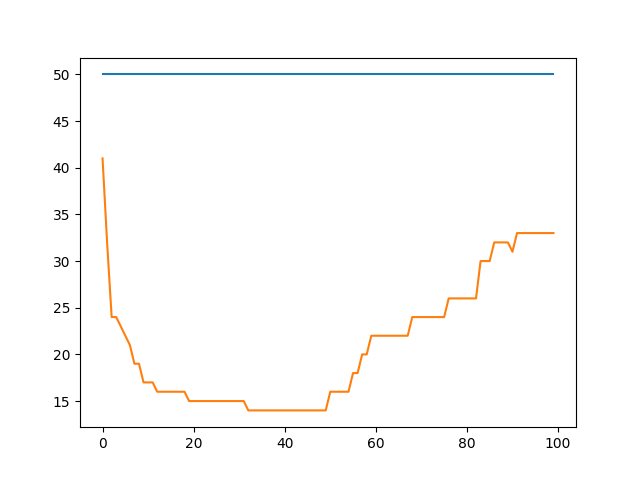
Repository: PatLaCisay/python-hawkdove-master
Script's output: python hawkdove.py
An editor plug-in stored every save of this project. The script's output is shown before and after the next save, followed by the edit.
Random numbers start from a fixed seed.

Above is the script's output before, as saved 2023-03-07 11:26:20.

After the next save:
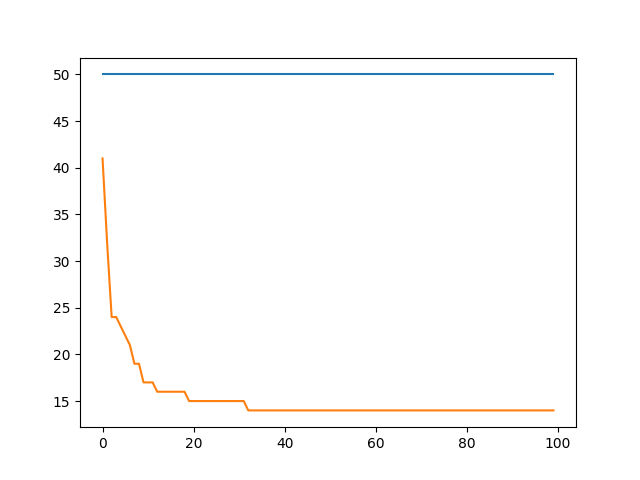
Saved 27 s later.
--- a/hawkdove.py
+++ b/hawkdove.py
@@ -12,7 +12,7 @@ STARTING_ENERGY = 100
 MIN_FOOD_PER_ROUND = 20
 MAX_FOOD_PER_ROUND = 70
 
-ENERGY_REQUIRED_FOR_REPRODUCTION = 2000
+ENERGY_REQUIRED_FOR_REPRODUCTION = 20000
 ENERGY_LOSS_PER_ROUND = 2 #C
 ENERGY_COST_OF_BLUFFING = 10
 ENERGY_LOSS_FROM_FIGHTING = 200
